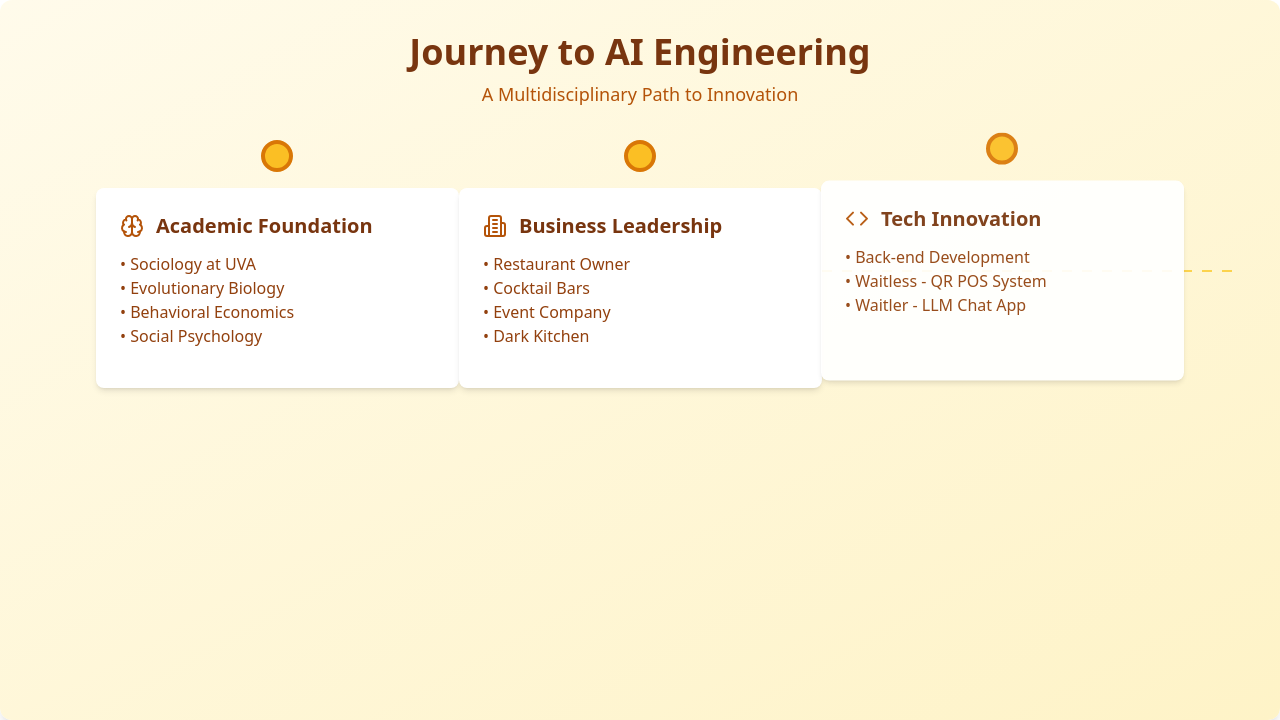
Repository: Galbaz1/dell_presentation
Page: /
These files come from the project's save history. The page is drawn as it stood at one moment and after a run of saves; the edit follows.
The browser window is 1280 px wide. The pictures show the whole page.
The project was rebuilt for these pictures with package versions that can differ from the ones it lists, and the page was loaded fresh each time. The framework's server and built-in components were replaced by stand-ins that run in the browser.

Above is the page before, as saved 2024-11-11 12:19:12.

### pages/_app.tsx
import '../styles/globals.css'
import '../styles/speaker_intro.css'
import type { AppProps } from 'next/app'

function MyApp({ Component, pageProps }: AppProps) {
  return <Component {...pageProps} />
}

export default MyApp

### pages/index.tsx
import React from 'react';
import { Brain, Building2, Code, Users, ArrowRight, RefreshCcw } from 'lucide-react';

const SpeakerSlide: React.FC = () => {
  return (
    <div className="bg-gradient-to-br from-amber-50 to-amber-100 p-8 rounded-xl shadow-lg min-h-screen overflow-hidden">
      {/* Header */}
      <div className="mb-12 text-center">
        <h1 className="text-4xl font-bold text-amber-900 mb-2">Journey to AI Engineering</h1>
        <p className="text-lg text-amber-700">A Multidisciplinary Path to Innovation</p>
      </div>

      {/* Timeline Journey */}
      <div className="relative mb-16 mx-auto max-w-[1400px]">
        {/* Connecting Lines */}
        <svg className="absolute top-1/2 left-0 w-full h-1" style={{ transform: 'translateY(-50%)' }}>
          <path
            d="M150 0 L600 0"
            className="footsteps-path footsteps-animation-1"
            stroke="#fcd34d"
            strokeWidth="4"
            fill="none"
            strokeDasharray="10"
          />
          <path
            d="M750 0 L1200 0"
            className="footsteps-path footsteps-animation-2"
            stroke="#fcd34d"
            strokeWidth="4"
            fill="none"
            strokeDasharray="10"
          />
        </svg>

        {/* Journey Stations */}
        <div className="relative flex justify-between items-center px-16">
          {/* Academic Foundation */}
          <div className="w-96 relative fall-animation">
            <div className="absolute -top-4 left-1/2 transform -translate-x-1/2">
              <div className="w-8 h-8 rounded-full bg-amber-400 border-4 border-amber-600" />
            </div>
            <div className="bg-white p-6 rounded-lg shadow-md mt-8 h-[200px] flex flex-col">
              <h2 className="text-xl font-semibold text-amber-900 mb-3 flex items-center">
                <Brain className="mr-3 text-amber-700 w-6 h-6" /> Academic Foundation
              </h2>
              <ul className="text-base text-amber-800 flex-1">
                <li>• Sociology at UVA</li>
                <li>• Evolutionary Biology</li>
                <li>• Behavioral Economics</li>
                <li>• Social Psychology</li>
              </ul>
            </div>
          </div>

          {/* Business Experience */}
          <div className="w-96 relative fall-animation fall-animation-delay-1">
            <div className="absolute -top-4 left-1/2 transform -translate-x-1/2">
              <div className="w-8 h-8 rounded-full bg-amber-400 border-4 border-amber-600" />
            </div>
            <div className="bg-white p-6 rounded-lg shadow-md mt-8 h-[200px] flex flex-col">
              <h2 className="text-xl font-semibold text-amber-900 mb-3 flex items-center">
                <Building2 className="mr-3 text-amber-700 w-6 h-6" /> Business Leadership
              </h2>
              <ul className="text-base text-amber-800 flex-1">
                <li>• Restaurant Owner</li>
                <li>• Cocktail Bars</li>
                <li>• Event Company</li>
                <li>• Dark Kitchen</li>
              </ul>
            </div>
          </div>

          {/* Tech Innovation */}
          <div className="w-96 relative fall-animation fall-animation-delay-2">
            <div className="absolute -top-4 left-1/2 transform -translate-x-1/2">
              <div className="w-8 h-8 rounded-full bg-amber-400 border-4 border-amber-600" />
            </div>
            <div className="bg-white p-6 rounded-lg shadow-md mt-8 h-[200px] flex flex-col">
              <h2 className="text-xl font-semibold text-amber-900 mb-3 flex items-center">
                <Code className="mr-3 text-amber-700 w-6 h-6" /> Tech Innovation
              </h2>
              <ul className="text-base text-amber-800 flex-1">
                <li>• Back-end Development</li>
                <li>• Waitless - QR POS System</li>
                <li>• Waitler - LLM Chat App</li>
              </ul>
            </div>
          </div>
        </div>
      </div>

      {/* Current Roles Synergy Circle */}
      <div className="relative max-w-[1200px] mx-auto mt-24">
        {/* Synergy Arrows - moved above the flex container for better z-indexing */}
        <div className="absolute left-0 right-0 mx-auto w-28 top-[80px] synergy-animation z-10">
          <div className="relative w-full h-full">
            <RefreshCcw className="w-full h-full text-amber-600 animate-spin-slow" />
            <div className="absolute top-1/2 left-1/2 transform -translate-x-1/2 -translate-y-1/2 text-sm text-amber-800 font-semibold bg-white px-3 py-1 rounded">
              Synergy
            </div>
          </div>
        </div>

        <div className="flex justify-between items-center synergy-animation px-16">
          {/* AI Engineering Role */}
          <div className="w-[480px] bg-white p-8 rounded-lg shadow-md border-2 border-amber-400 h-[160px] flex flex-col">
            <h2 className="text-2xl font-semibold text-amber-900 mb-3 flex items-center">
              <Brain className="mr-3 text-amber-700 w-6 h-6" /> AI Engineering
            </h2>
            <p className="text-base text-amber-800">
              Freelance AI solutions architect combining technical expertise with business acumen
            </p>
          </div>

          {/* AI Builders Role */}
          <div className="w-[480px] bg-white p-8 rounded-lg shadow-md border-2 border-amber-400 h-[160px] flex flex-col">
            <h2 className="text-2xl font-semibold text-amber-900 mb-3 flex items-center">
              <Users className="mr-3 text-amber-700 w-6 h-6" /> AI Builders Club
            </h2>
            <p className="text-base text-amber-800">
              Community lead fostering AI innovation in Amsterdam, Rotterdam, and Berlin
            </p>
          </div>
        </div>
      </div>
    </div>
  );
};

export default SpeakerSlide;

### styles/speaker_intro.css
@keyframes spin-slow {
  from {
    transform: rotate(0deg);
  }
  to {
    transform: rotate(360deg);
  }
}

.animate-spin-slow {
  animation: spin-slow 20s linear infinite;
}

@keyframes fallIn {
  0% {
    transform: translateY(-100vh) rotate(0deg);
    opacity: 0;
  }
  60% {
    transform: translateY(20px) rotate(720deg);
  }
  80% {
    transform: translateY(-10px) rotate(720deg);
  }
  100% {
    transform: translateY(0) rotate(720deg);
    opacity: 1;
  }
}

@keyframes footsteps {
  0% {
    clip-path: inset(0 100% 0 0);
  }
  100% {
    clip-path: inset(0 0 0 0);
  }
}

@keyframes dotted-line {
  0% {
    stroke-dashoffset: 1000;
  }
  100% {
    stroke-dashoffset: 0;
  }
}

@keyframes synergy-appear {
  0% {
    transform: scale(0) rotate(0deg);
    opacity: 0;
  }
  100% {
    transform: scale(1) rotate(360deg);
    opacity: 1;
  }
}

.fall-animation {
  opacity: 0;
  animation: fallIn 2s cubic-bezier(0.25, 0.46, 0.45, 0.94) forwards;
}

.fall-animation-delay-1 {
  animation-delay: 2s;
}

.fall-animation-delay-2 {
  animation-delay: 4s;
}

.footsteps-path {
  stroke-dasharray: 10;
  stroke-dashoffset: 1000;
  animation: dotted-line 1.5s ease-in-out forwards;
}

.footsteps-animation-1 {
  animation-delay: 1.5s;
}

.footsteps-animation-2 {
  animation-delay: 3.5s;
}

.synergy-animation {
  opacity: 0;
  animation: synergy-appear 2s cubic-bezier(0.34, 1.56, 0.64, 1) forwards;
  animation-delay: 6s;
}

### tailwind.config.js
/** @type {import('tailwindcss').Config} */
module.exports = {
  content: [
    "./pages/**/*.{js,ts,jsx,tsx}",
    "./components/**/*.{js,ts,jsx,tsx}",
    "./styles/**/*.css",
  ],
  theme: {
    extend: {},
  },
  plugins: [],
}

Loaded but not shown: styles/globals.css (common file)

After the next 2 saves:
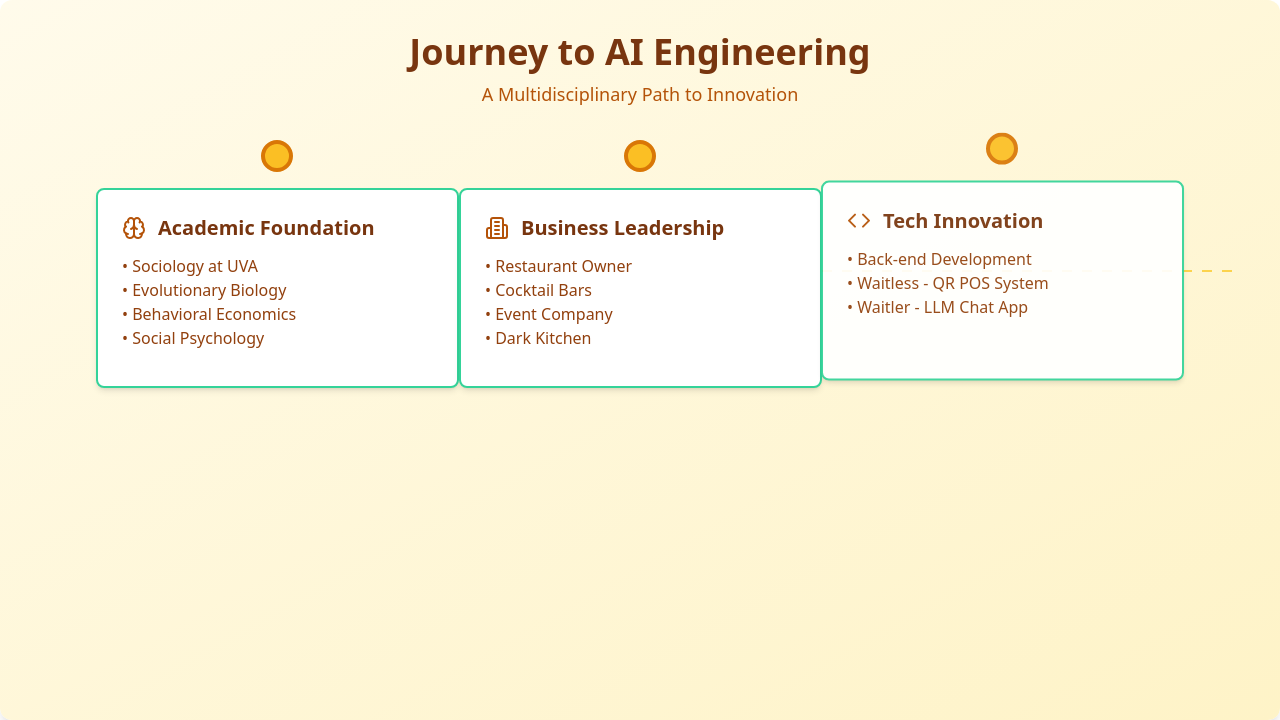
The 2 saves are shown as one change because they came seconds apart.
The last was saved 93 s later.
--- a/pages/index.tsx
+++ b/pages/index.tsx
@@ -39,7 +39,7 @@ const SpeakerSlide: React.FC = () => {
             <div className="absolute -top-4 left-1/2 transform -translate-x-1/2">
               <div className="w-8 h-8 rounded-full bg-amber-400 border-4 border-amber-600" />
             </div>
-            <div className="bg-white p-6 rounded-lg shadow-md mt-8 h-[200px] flex flex-col">
+            <div className="bg-white p-6 rounded-lg shadow-md mt-8 h-[200px] flex flex-col border-2 border-emerald-400">
               <h2 className="text-xl font-semibold text-amber-900 mb-3 flex items-center">
                 <Brain className="mr-3 text-amber-700 w-6 h-6" /> Academic Foundation
               </h2>
@@ -57,7 +57,7 @@ const SpeakerSlide: React.FC = () => {
             <div className="absolute -top-4 left-1/2 transform -translate-x-1/2">
               <div className="w-8 h-8 rounded-full bg-amber-400 border-4 border-amber-600" />
             </div>
-            <div className="bg-white p-6 rounded-lg shadow-md mt-8 h-[200px] flex flex-col">
+            <div className="bg-white p-6 rounded-lg shadow-md mt-8 h-[200px] flex flex-col border-2 border-emerald-400">
               <h2 className="text-xl font-semibold text-amber-900 mb-3 flex items-center">
                 <Building2 className="mr-3 text-amber-700 w-6 h-6" /> Business Leadership
               </h2>
@@ -75,7 +75,7 @@ const SpeakerSlide: React.FC = () => {
             <div className="absolute -top-4 left-1/2 transform -translate-x-1/2">
               <div className="w-8 h-8 rounded-full bg-amber-400 border-4 border-amber-600" />
             </div>
-            <div className="bg-white p-6 rounded-lg shadow-md mt-8 h-[200px] flex flex-col">
+            <div className="bg-white p-6 rounded-lg shadow-md mt-8 h-[200px] flex flex-col border-2 border-emerald-400">
               <h2 className="text-xl font-semibold text-amber-900 mb-3 flex items-center">
                 <Code className="mr-3 text-amber-700 w-6 h-6" /> Tech Innovation
               </h2>
